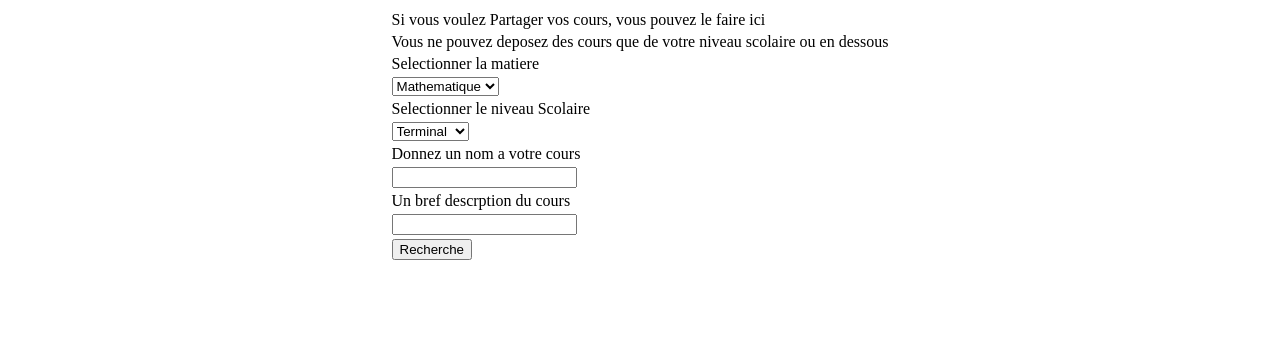
Repository: AntoAnt/WikiScolaire-
Page: http://localhost/InterfaceWikiScolair/AjoutCours.jsp
These files come from the project's save history. The page is drawn as it stood at one moment and after the next save; the edit follows.
The browser window is 1280 px wide. The pictures show the whole page.
The page is served by Tomcat 9.

Above is the page before, as saved 2017-04-20 18:51:34.

After the next save:
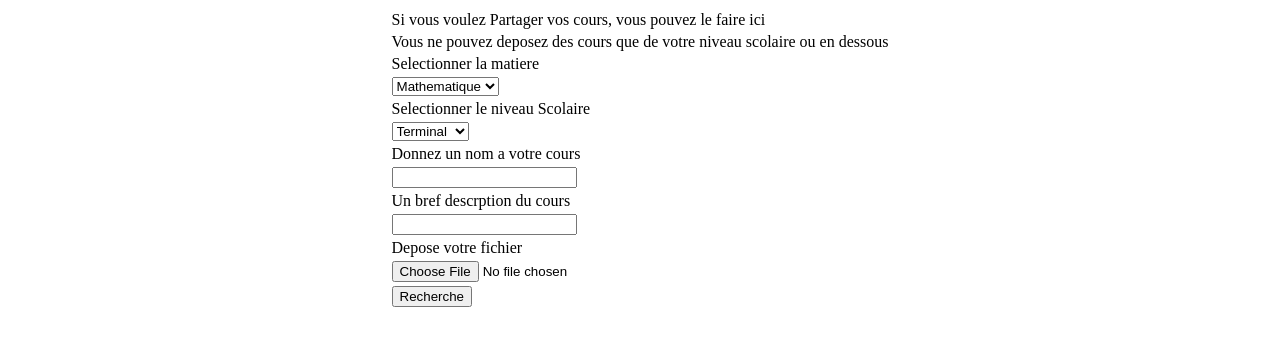
Saved 2 min 13 s later.
--- a/InterfaceWikiScolair/WebContent/AjoutCours.jsp
+++ b/InterfaceWikiScolair/WebContent/AjoutCours.jsp
@@ -37,6 +37,8 @@
 			<tr><td><input type="text" name="CHAMP_Cours_Nom"></td></tr>
 			<tr><td>Un bref descrption du cours</td></tr>
 			<tr><td><input type="text" name="CHAMP_Cours_Doc"></td></tr>
+			<tr><td>Depose votre fichier</td></tr>
+			<tr><td><input type="file" name="file_cours"></td></tr>
 			<tr><td><input type="submit" name="recherche_cours" value="Recherche"></td></tr>
 	</table>
 </center>
